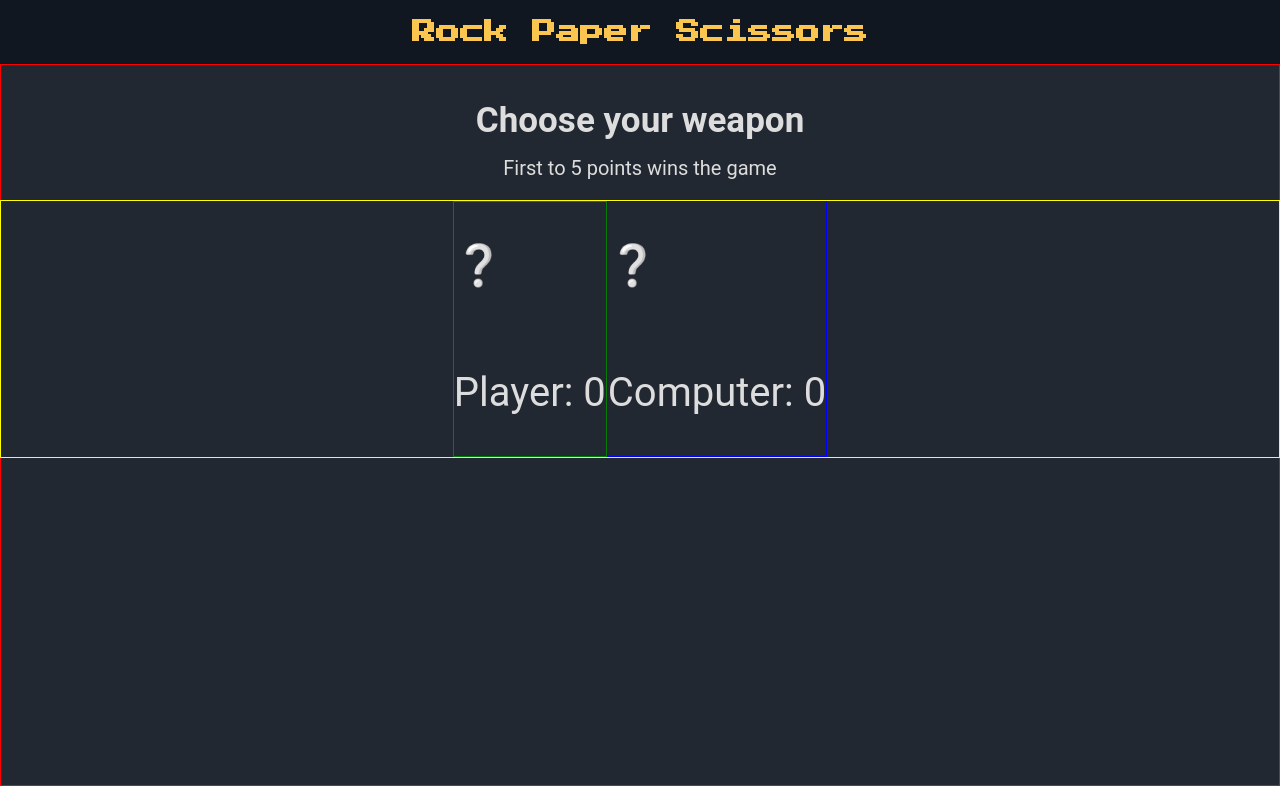
Repository: Aaryan-Poria/Rock-Paper-Scissors
Page: index.html
The author's editor kept a copy of each file at every save. The page is drawn from the files as they stood at one save, then again after the next save.
The browser window is 1280 px wide. The pictures show the whole page.

Above is the page before, as saved 2023-08-22 22:52:10.

### index.html
<!DOCTYPE html>
<html lang="en">
  <head>
    <meta charset="UTF-8" />
    <meta name="viewport" content="width=device-width, initial-scale=1.0" />
    <title>Rock Paper Scissors</title>
    <link rel="preconnect" href="https://fonts.googleapis.com" />
    <link rel="preconnect" href="https://fonts.gstatic.com" crossorigin />
    <link
      href="https://fonts.googleapis.com/css2?family=Press+Start+2P&display=swap"
      rel="stylesheet"
    />
    <link rel="stylesheet" href="style.css" />
  </head>

  <body>
    <section class="head">
      <h2>Rock Paper Scissors</h2>
    </section>
    <section class="main">
      <div class="main-text">
        <h3>Choose your weapon</h3>
        <p>First to 5 points wins the game</p>
      </div>
      <div class="text-content">
        <div class="info player">
          <p class="qmark 1">❔</p>
          <p class="score 1">Player: 0</p>
        </div>
        <div class="info comp">
          <p class="qmark 2">❔</p>
          <p class="score 2">Computer: 0</p>
        </div>
      </div>
    </section>
  </body>
</html>

### style.css
body {
  margin: 0;
  padding: 0;
  display: flex;
  flex-direction: column;
  min-height: 100%;
  min-width: 100%;
}
.head {
  display: flex;
  justify-content: center;
  align-items: center;
  color: #fac650;
  background-color: #111720;
  font-family: "Press Start 2P", cursive;
}
.main {
  display: flex;
  flex-grow: 1;
  height: 100vh;
  flex-direction: column;
  background-color: #222831;
  color: #dddddd;
  font-family: "Roboto", sans-serif;
  align-items: center;
  border: 1px solid red;
}

.main-text {
  /* border: 1px solid green; */
  display: flex;
  flex-direction: column;
  justify-content: center;
  align-items: center;
}
.main-text > h3 {
  font-size: 35px;
}
.main-text > p {
  font-size: 20px;
  margin-top: -20px;
}
.text-content {
  display: flex;
  width: 100%;
  border: 1px solid yellow;
  display: flex;
  font-size: 40px;
  justify-content: center;
  align-items: center;
}
.player {
  display: flex;
  flex-direction: column;
  border: 1px solid green;
}
.comp {
  border: 1px solid blue;
  display: flex;
  flex-direction: column;
}

After the next save:
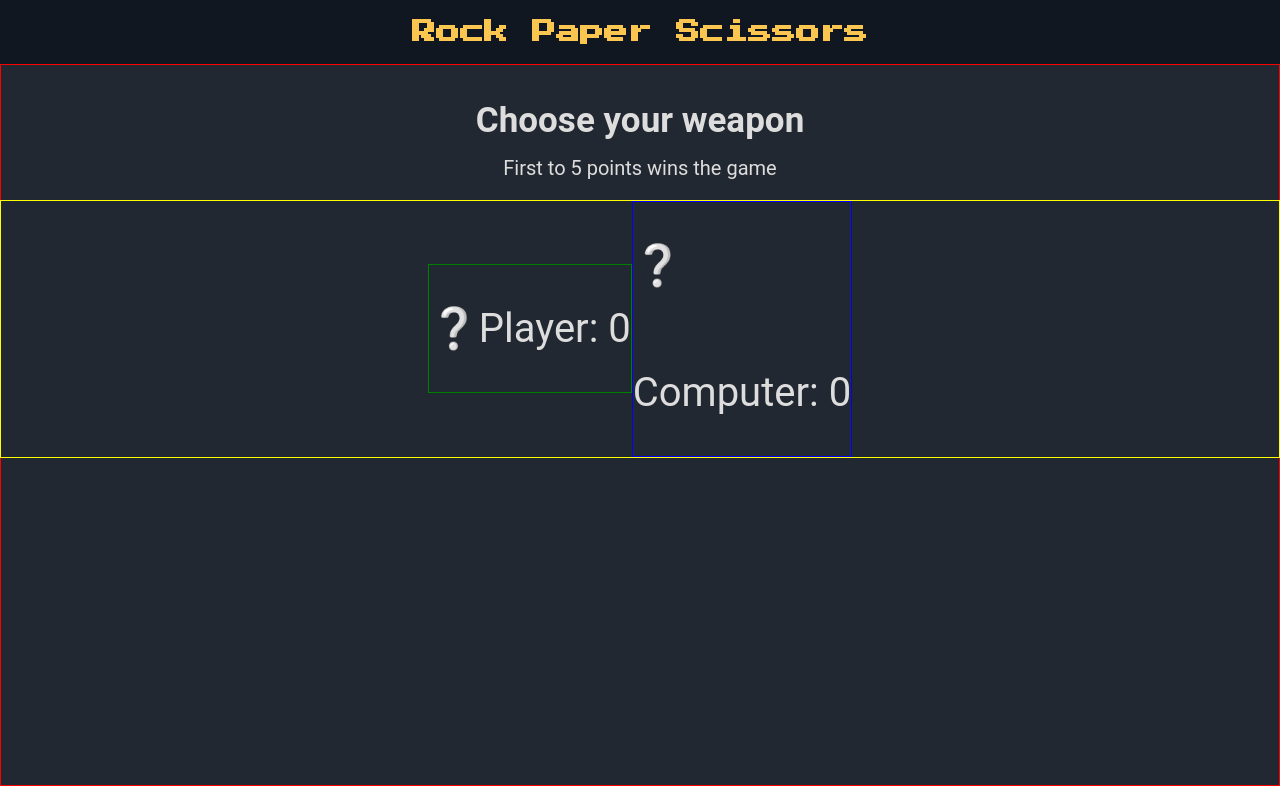
Saved 56 s later.
--- a/style.css
+++ b/style.css
@@ -49,13 +49,13 @@ body {
   justify-content: center;
   align-items: center;
 }
+.info {
+  border: 1px solid blue;
+  display: flex;
+}
 .player {
-  display: flex;
-  flex-direction: column;
   border: 1px solid green;
 }
 .comp {
-  border: 1px solid blue;
-  display: flex;
   flex-direction: column;
 }
